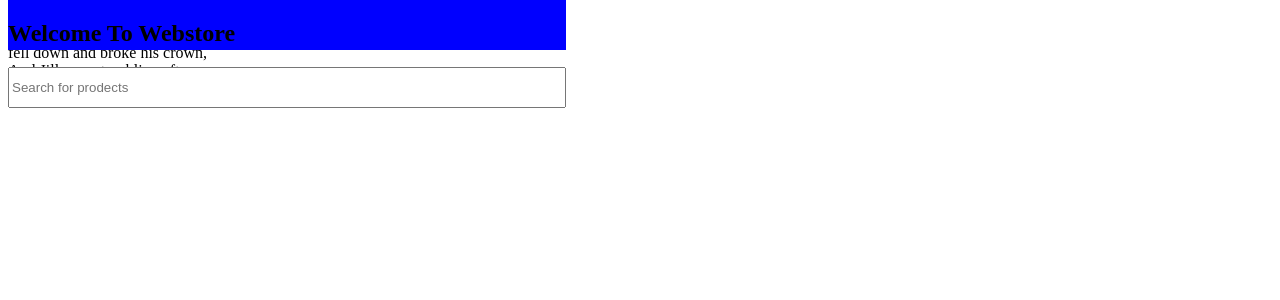
Repository: sourogithub/Final-yr-project-using-j2ee
Page: http://localhost/Webstore/JSP Pages/index.jsp
The author's editor kept a copy of each file at every save. The page is drawn from the files as they stood at one save, then again after the next save.
The browser window is 1280 px wide. The pictures show the whole page.
The page is served by Tomcat 9.

Above is the page before, as saved 2017-04-11 08:02:12.

### Webstore/WebContent/JSP Pages/index.jsp
<%@ page language="java" contentType="text/html; charset=ISO-8859-1"
    pageEncoding="ISO-8859-1"%>
<!DOCTYPE html PUBLIC "-//W3C//DTD HTML 4.01 Transitional//EN" "http://www.w3.org/TR/html4/loose.dtd">
<html>
<head>
<meta http-equiv="Content-Type" content="text/html; charset=ISO-8859-1">
<title>Webstore</title>
<div id="top"  style="background:blue; height:50px;position:absolute;top:0px">
<h2>Welcome To Webstore</h2>
<input type="text" placeholder="Search for prodects" required style=" border-width:2;float: right;width:550px;height:35px"></h2>
</div>
</head>
<body>

<div id="mydiv" style="width:200px;background:white" onmouseover="this.style.background='gray';" onmouseout="this.style.background='white';">
    Jack and Jill went up the hill
    To fetch a pail of water.
    Jack fell down and broke his crown,
    And Jill came tumbling after.
    </div>
</body>
</html>

After the next save:
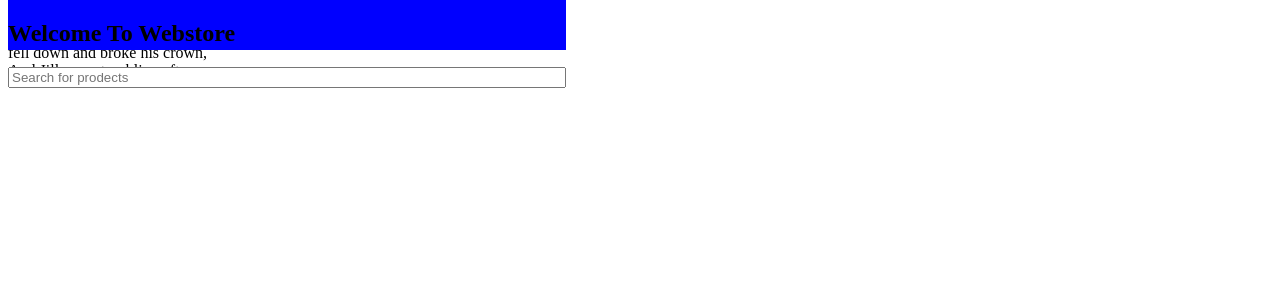
Saved 29 s later.
--- a/Webstore/WebContent/JSP Pages/index.jsp
+++ b/Webstore/WebContent/JSP Pages/index.jsp
@@ -7,7 +7,7 @@
 <title>Webstore</title>
 <div id="top"  style="background:blue; height:50px;position:absolute;top:0px">
 <h2>Welcome To Webstore</h2>
-<input type="text" placeholder="Search for prodects" required style=" border-width:2;float: right;width:550px;height:35px"></h2>
+<input type="text" placeholder="Search for prodects" required style=" border-width:2;float: right;width:550px"></h2>
 </div>
 </head>
 <body>

After the save that followed:
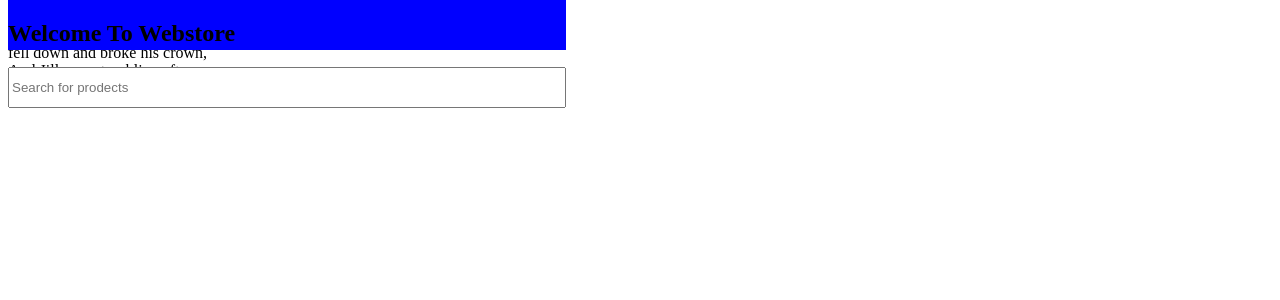
Saved 11 s later.
--- a/Webstore/WebContent/JSP Pages/index.jsp
+++ b/Webstore/WebContent/JSP Pages/index.jsp
@@ -7,7 +7,7 @@
 <title>Webstore</title>
 <div id="top"  style="background:blue; height:50px;position:absolute;top:0px">
 <h2>Welcome To Webstore</h2>
-<input type="text" placeholder="Search for prodects" required style=" border-width:2;float: right;width:550px"></h2>
+<input type="text" placeholder="Search for prodects" required style=" border-width:2;float: right;width:550px;height:35px"></h2>
 </div>
 </head>
 <body>
